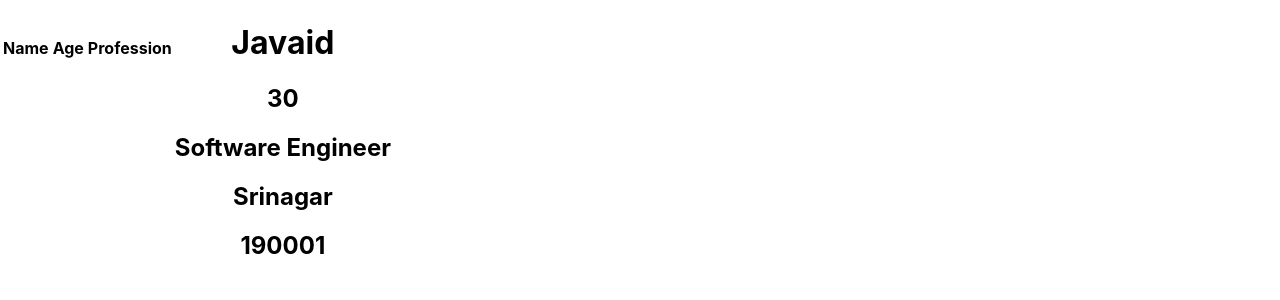
Repository: JavaidAhmadKhan/framer-motion-reacr
Page: /
An editor plug-in stored every save of this project. The page is shown before and after the next save, followed by the edit.
The browser window is 1280 px wide. The pictures show the whole page.
The project was rebuilt for these pictures with package versions that can differ from the ones it lists, and the page was loaded fresh each time.

Above is the page before, as saved 2022-05-19 17:28:15.

### src/App.js
import { Component } from "react";

import "./App.css";
class App extends Component {
  constructor() {
    console.log("constructor");
    super();
    console.log("super");
    this.state = {
      name: "Javaid",
      age: 30,
      profession: "Software Engineer",
      address: {
        city: "Srinagar",
        pincode: "190001",
      },
    };
  }

  render() {
    console.log("render");
    return (
      <div className="App">
        <table>
          <th>Name</th>
          <th>Age</th>
          <th>Profession</th>
          <h1>{this.state.name}</h1>
          <h2>{this.state.age}</h2>
          <h2>{this.state.profession}</h2>
          <h2>{this.state.address.city}</h2>
          <h2>{this.state.address.pincode}</h2>
        </table>
      </div>
    );
  }
}

export default App;

Loaded but not shown: public/index.html (common file); src/index.js (common file); src/index.css (common file); src/reportWebVitals.js (common file); src/App.css (common file)

After the next save:
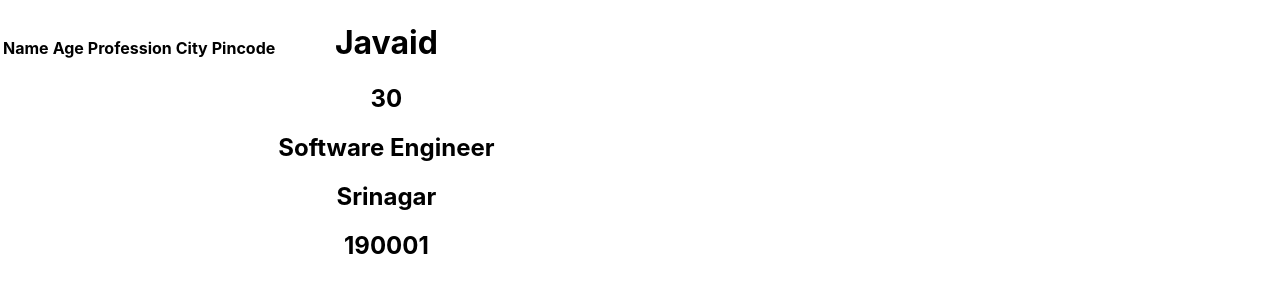
Saved 28 s later.
--- a/src/App.js
+++ b/src/App.js
@@ -25,6 +25,8 @@ class App extends Component {
           <th>Name</th>
           <th>Age</th>
           <th>Profession</th>
+          <th>City</th>
+          <th>Pincode</th>
           <h1>{this.state.name}</h1>
           <h2>{this.state.age}</h2>
           <h2>{this.state.profession}</h2>
